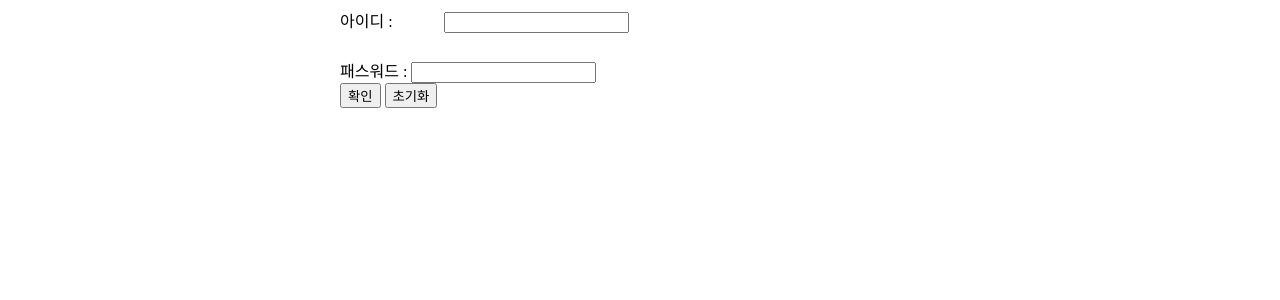
Repository: song-tata/jsp_servlet
Page: chap06/webContants/login.html
The author's editor kept a copy of each file at every save. The page is drawn from the files as they stood at one save, then again after the next save.
The browser window is 1280 px wide. The pictures show the whole page.

Above is the page before, as saved 2023-05-17 06:32:51.

After the next save:
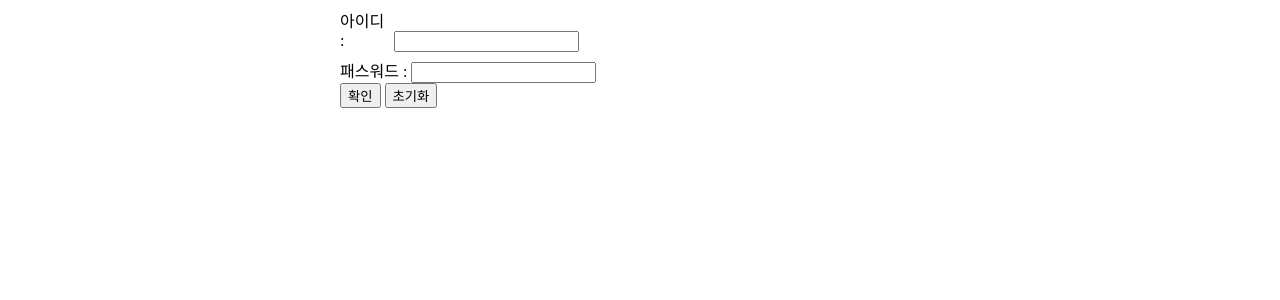
Saved 5 s later.
--- a/chap06/webContants/login.html
+++ b/chap06/webContants/login.html
@@ -17,7 +17,7 @@
 }
 .idwrap>label{
 	display: inline-block;
-	width: 100px
+	width: 50px
 }
 </style>
 </head>
